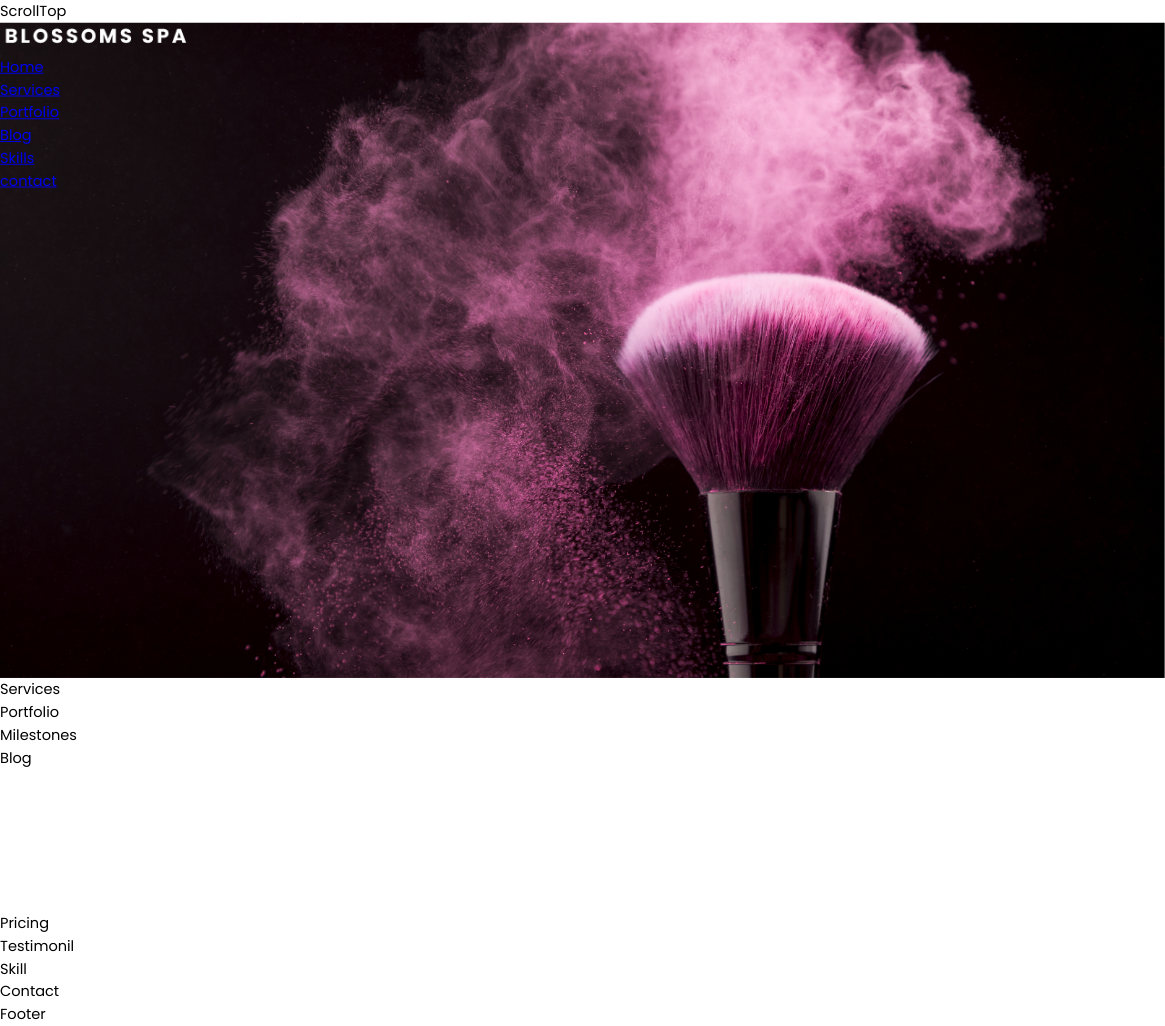
Repository: OmniaRafat232111121/animateSalon
Page: /
An editor plug-in stored every save of this project. The page is shown before and after a run of saves, followed by the edit.
The browser window is 1280 px wide. The pictures show the whole page, at 91% of full size.
The project was rebuilt for these pictures with package versions that can differ from the ones it lists, and the page was loaded fresh each time.

Above is the page before, as saved 2022-07-26 00:43:05.

After the next 9 saves:
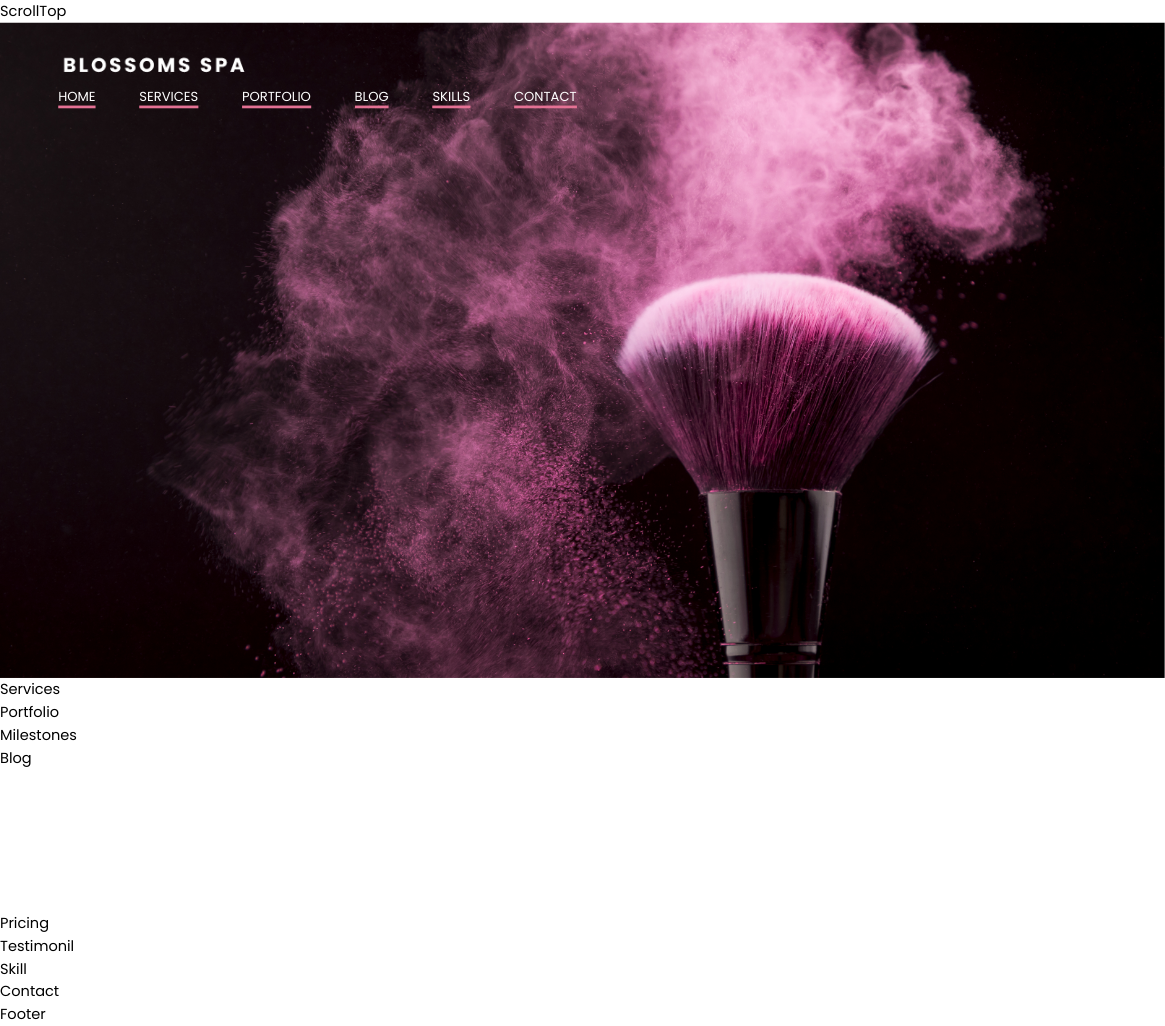
The 9 saves are shown as one change because 2 did not build or start and some came seconds apart.
The last was saved 2 min 53 s later.
--- a/src/components/Navbar.jsx
+++ b/src/components/Navbar.jsx
@@ -7,7 +7,8 @@ import { MdClose } from "react-icons/md";
 const Navbar = () => {
 const {isNavOpen,setIsNavOpen}=useState(false);
   return (
-<div className="brand__container">
+    <Nav>
+<div  className="brand__container">
  <a href="#" className="brand">
  <img src={logo}  alt="logo"/>
  </a>
@@ -35,6 +36,7 @@ const {isNavOpen,setIsNavOpen}=useState(false);
  </ul>
  </div>
 </div>
+</Nav>
   )
 }
 const Nav=styled.nav`
